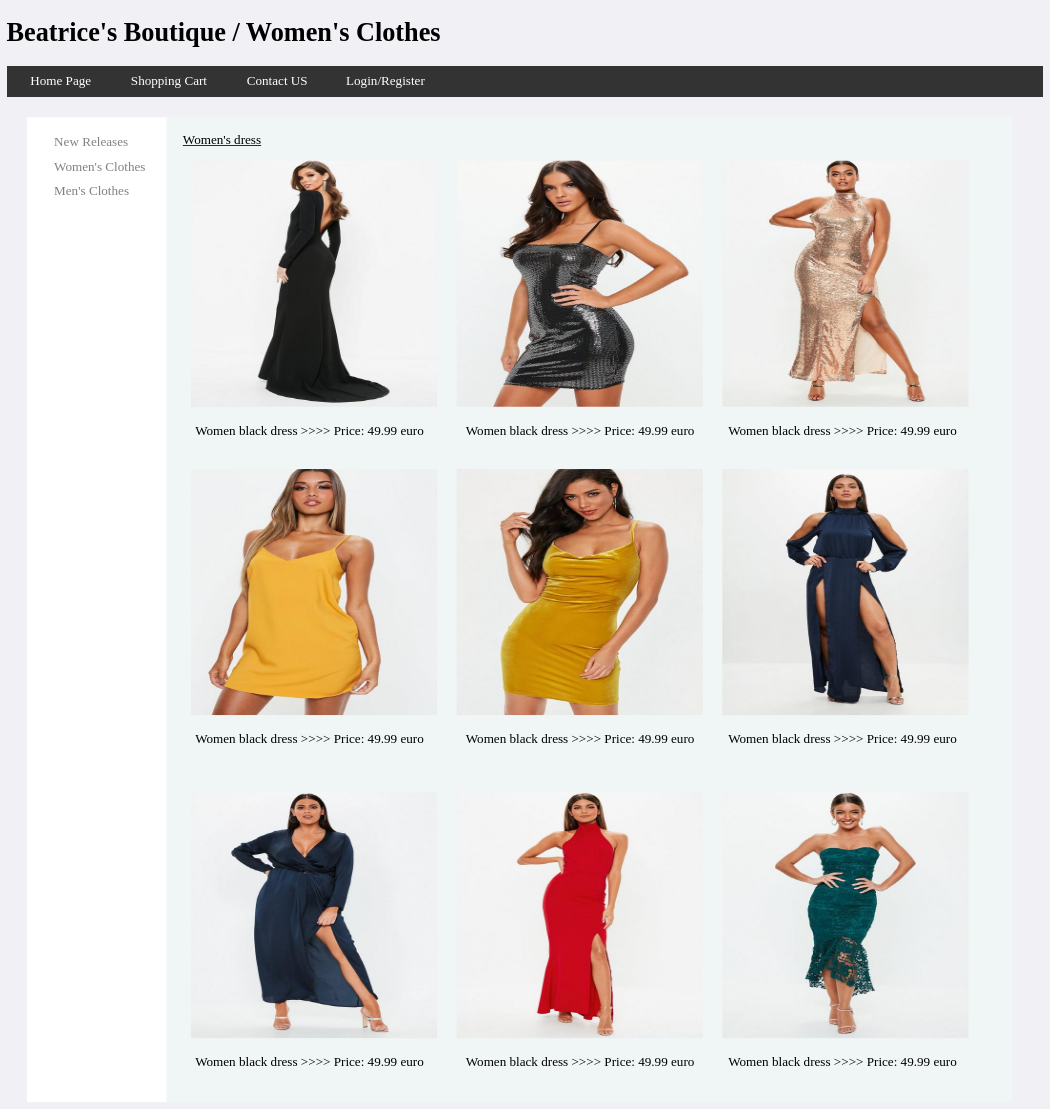
Repository: IosifDobos/Beatrice-Boutique
Page: BeatriceBoutique/Java/WorkSpace/BeatriceBoutique/WebContent/womensClothes.html
The author's editor kept a copy of each file at every save. The page is drawn from the files as they stood at one save, then again after the next save.
The browser window is 1280 px wide. The pictures show the whole page, at 82% of full size.

Above is the page before, as saved 2018-12-04 17:44:19.

After the next save:
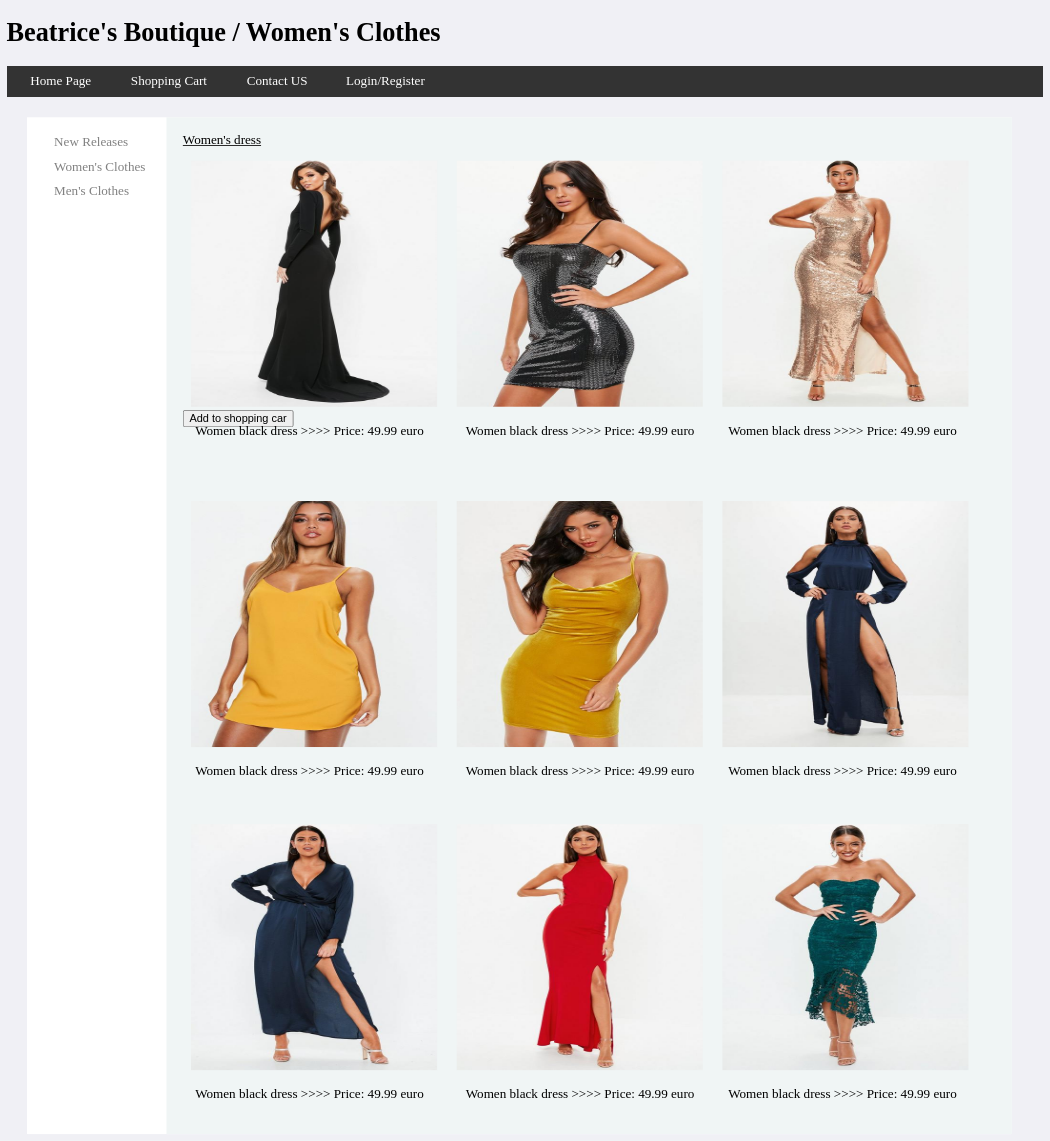
Saved 2 min 45 s later.
--- a/BeatriceBoutique/Java/WorkSpace/BeatriceBoutique/WebContent/womensClothes.html
+++ b/BeatriceBoutique/Java/WorkSpace/BeatriceBoutique/WebContent/womensClothes.html
@@ -42,6 +42,12 @@
 			<div id="product-3">
 				<p>Women black dress >>>>  Price: 49.99 euro</p>
 			</div>
+			<div id ="button-url">
+				<button data-url="shoppingCart.html" type="button" title="Add to shopping cart"
+				class="button">
+						Add to shopping car
+				</button>
+			</div>
 			<br><br><br><br><br>
 			<img alt="dress3" src="womens-img/mustard-cami-shift-dress.jpg" width="300" height="300" style="margin-left: 10px;">
 
